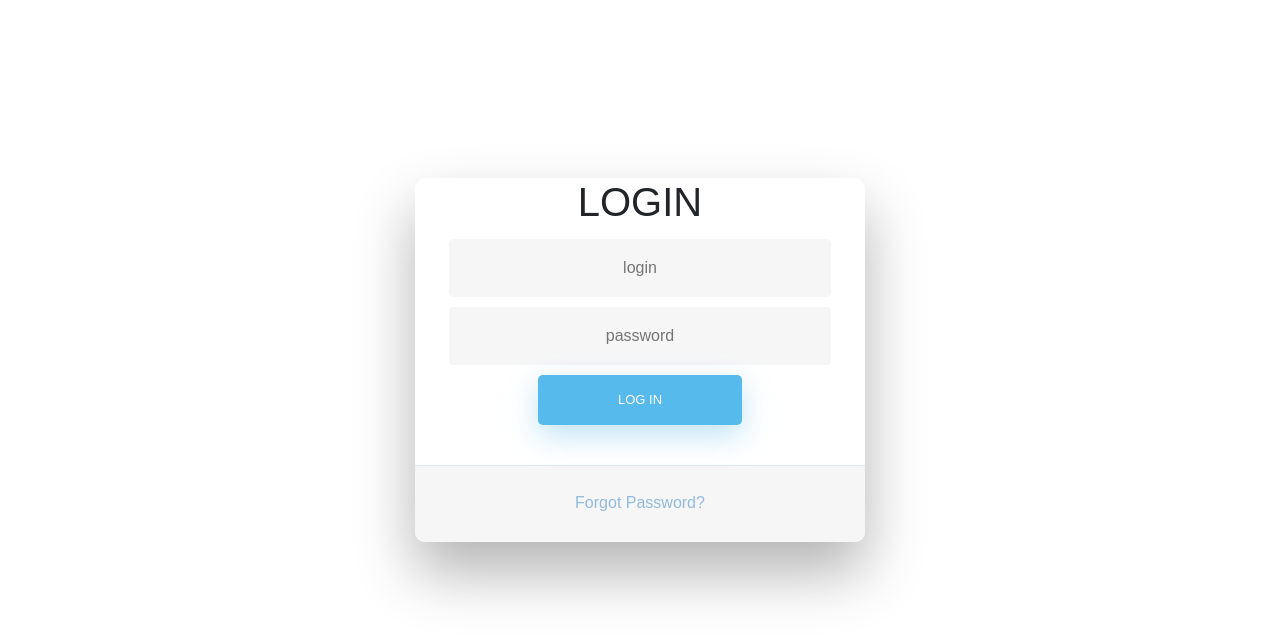
Repository: phamtailinh/webtintuc
Page: http://localhost/doicapdat/Layer.jsp
The author's editor kept a copy of each file at every save. The page is drawn from the files as they stood at one save, then again after the next save.
The browser window is 1280 px wide. The pictures show the whole page.
Some web libraries are served in a nearby version. The page is served by Tomcat 9. Other server files are loaded and not shown.

Above is the page before, as saved 2022-01-07 08:02:28.
Console error: TypeError: Cannot read properties of undefined (reading 'fn')

### doicapdat/src/main/webapp/Layer.jsp
<%@ page language="java" contentType="text/html; charset=ISO-8859-1"
    pageEncoding="ISO-8859-1"%>
<!DOCTYPE html>
<html>
<head>
<meta charset="ISO-8859-1">
<title>Insert title here</title>
<link href="//maxcdn.bootstrapcdn.com/bootstrap/4.0.0/css/bootstrap.min.css" rel="stylesheet" id="bootstrap-css">
<script src="//maxcdn.bootstrapcdn.com/bootstrap/4.0.0/js/bootstrap.min.js"></script>
<script src="//cdnjs.cloudflare.com/ajax/libs/jquery/3.2.1/jquery.min.js"></script>
<style type="text/css">
html {
  background-color: #56baed;
}

body {
  font-family: "Poppins", sans-serif;
  height: 100vh;
}

a {
  color: #92badd;
  display:inline-block;
  text-decoration: none;
  font-weight: 400;
}

h2 {
  text-align: center;
  font-size: 16px;
  font-weight: 600;
  text-transform: uppercase;
  display:inline-block;
  margin: 40px 8px 10px 8px;
  color: #cccccc;
}



/* STRUCTURE */

.wrapper {
  display: flex;
  align-items: center;
  flex-direction: column;
  justify-content: center;
  width: 100%;
  min-height: 100%;
  padding: 20px;
}

#formContent {
  -webkit-border-radius: 10px 10px 10px 10px;
  border-radius: 10px 10px 10px 10px;
  background: #fff;
  padding: 30px;
  width: 90%;
  max-width: 450px;
  position: relative;
  padding: 0px;
  -webkit-box-shadow: 0 30px 60px 0 rgba(0,0,0,0.3);
  box-shadow: 0 30px 60px 0 rgba(0,0,0,0.3);
  text-align: center;
}

#formFooter {
  background-color: #f6f6f6;
  border-top: 1px solid #dce8f1;
  padding: 25px;
  text-align: center;
  -webkit-border-radius: 0 0 10px 10px;
  border-radius: 0 0 10px 10px;
}



/* TABS */

h2.inactive {
  color: #cccccc;
}

h2.active {
  color: #0d0d0d;
  border-bottom: 2px solid #5fbae9;
}



/* FORM TYPOGRAPHY*/

input[type=button], input[type=submit], input[type=reset]  {
  background-color: #56baed;
  border: none;
  color: white;
  padding: 15px 80px;
  text-align: center;
  text-decoration: none;
  display: inline-block;
  text-transform: uppercase;
  font-size: 13px;
  -webkit-box-shadow: 0 10px 30px 0 rgba(95,186,233,0.4);
  box-shadow: 0 10px 30px 0 rgba(95,186,233,0.4);
  -webkit-border-radius: 5px 5px 5px 5px;
  border-radius: 5px 5px 5px 5px;
  margin: 5px 20px 40px 20px;
  -webkit-transition: all 0.3s ease-in-out;
  -moz-transition: all 0.3s ease-in-out;
  -ms-transition: all 0.3s ease-in-out;
  -o-transition: all 0.3s ease-in-out;
  transition: all 0.3s ease-in-out;
}

input[type=button]:hover, input[type=submit]:hover, input[type=reset]:hover  {
  background-color: #39ace7;
}

input[type=button]:active, input[type=submit]:active, input[type=reset]:active  {
  -moz-transform: scale(0.95);
  -webkit-transform: scale(0.95);
  -o-transform: scale(0.95);
  -ms-transform: scale(0.95);
  transform: scale(0.95);
}

input[type=text] {
  background-color: #f6f6f6;
  border: none;
  color: #0d0d0d;
  padding: 15px 32px;
  text-align: center;
  text-decoration: none;
  display: inline-block;
  font-size: 16px;
  margin: 5px;
  width: 85%;
  border: 2px solid #f6f6f6;
  -webkit-transition: all 0.5s ease-in-out;
  -moz-transition: all 0.5s ease-in-out;
  -ms-transition: all 0.5s ease-in-out;
  -o-transition: all 0.5s ease-in-out;
  transition: all 0.5s ease-in-out;
  -webkit-border-radius: 5px 5px 5px 5px;
  border-radius: 5px 5px 5px 5px;
}

input[type=text]:focus {
  background-color: #fff;
  border-bottom: 2px solid #5fbae9;
}

input[type=text]:placeholder {
  color: #cccccc;
}



/* ANIMATIONS */

/* Simple CSS3 Fade-in-down Animation */
.fadeInDown {
  -webkit-animation-name: fadeInDown;
  animation-name: fadeInDown;
  -webkit-animation-duration: 1s;
  animation-duration: 1s;
  -webkit-animation-fill-mode: both;
  animation-fill-mode: both;
}

@-webkit-keyframes fadeInDown {
  0% {
    opacity: 0;
    -webkit-transform: translate3d(0, -100%, 0);
    transform: translate3d(0, -100%, 0);
  }
  100% {
    opacity: 1;
    -webkit-transform: none;
    transform: none;
  }
}

@keyframes fadeInDown {
  0% {
    opacity: 0;
    -webkit-transform: translate3d(0, -100%, 0);
    transform: translate3d(0, -100%, 0);
  }
  100% {
    opacity: 1;
    -webkit-transform: none;
    transform: none;
  }
}

/* Simple CSS3 Fade-in Animation */
@-webkit-keyframes fadeIn { from { opacity:0; } to { opacity:1; } }
@-moz-keyframes fadeIn { from { opacity:0; } to { opacity:1; } }
@keyframes fadeIn { from { opacity:0; } to { opacity:1; } }

.fadeIn {
  opacity:0;
  -webkit-animation:fadeIn ease-in 1;
  -moz-animation:fadeIn ease-in 1;
  animation:fadeIn ease-in 1;

  -webkit-animation-fill-mode:forwards;
  -moz-animation-fill-mode:forwards;
  animation-fill-mode:forwards;

  -webkit-animation-duration:1s;
  -moz-animation-duration:1s;
  animation-duration:1s;
}

.fadeIn.first {
  -webkit-animation-delay: 0.4s;
  -moz-animation-delay: 0.4s;
  animation-delay: 0.4s;
}

.fadeIn.second {
  -webkit-animation-delay: 0.6s;
  -moz-animation-delay: 0.6s;
  animation-delay: 0.6s;
}

.fadeIn.third {
  -webkit-animation-delay: 0.8s;
  -moz-animation-delay: 0.8s;
  animation-delay: 0.8s;
}

.fadeIn.fourth {
  -webkit-animation-delay: 1s;
  -moz-animation-delay: 1s;
  animation-delay: 1s;
}

/* Simple CSS3 Fade-in Animation */
.underlineHover:after {
  display: block;
  left: 0;
  bottom: -10px;
  width: 0;
  height: 2px;
  background-color: #56baed;
  content: "";
  transition: width 0.2s;
}

.underlineHover:hover {
  color: #0d0d0d;
}

.underlineHover:hover:after{
  width: 100%;
}



/* OTHERS */

*:focus {
    outline: none;
}

#icon {
  width:60%;
}
</style>
</head>
<body>
<div class="wrapper fadeInDown">
  <div id="formContent">
    <!-- Tabs Titles -->

    <!-- Icon -->
    <div class="fadeIn first">
      <h1>LOGIN</h1>
    </div>

    <!-- Login Form -->
    <form>
      <input type="text" id="login" class="fadeIn second" name="login" placeholder="login">
      <input type="text" id="password" class="fadeIn third" name="login" placeholder="password">
      <input type="submit" class="fadeIn fourth" value="Log In">
    </form>

    <!-- Remind Passowrd -->
    <div id="formFooter">
      <a class="underlineHover" href="#">Forgot Password?</a>
    </div>

  </div>
</div>
</body>
</html>

After the next save:
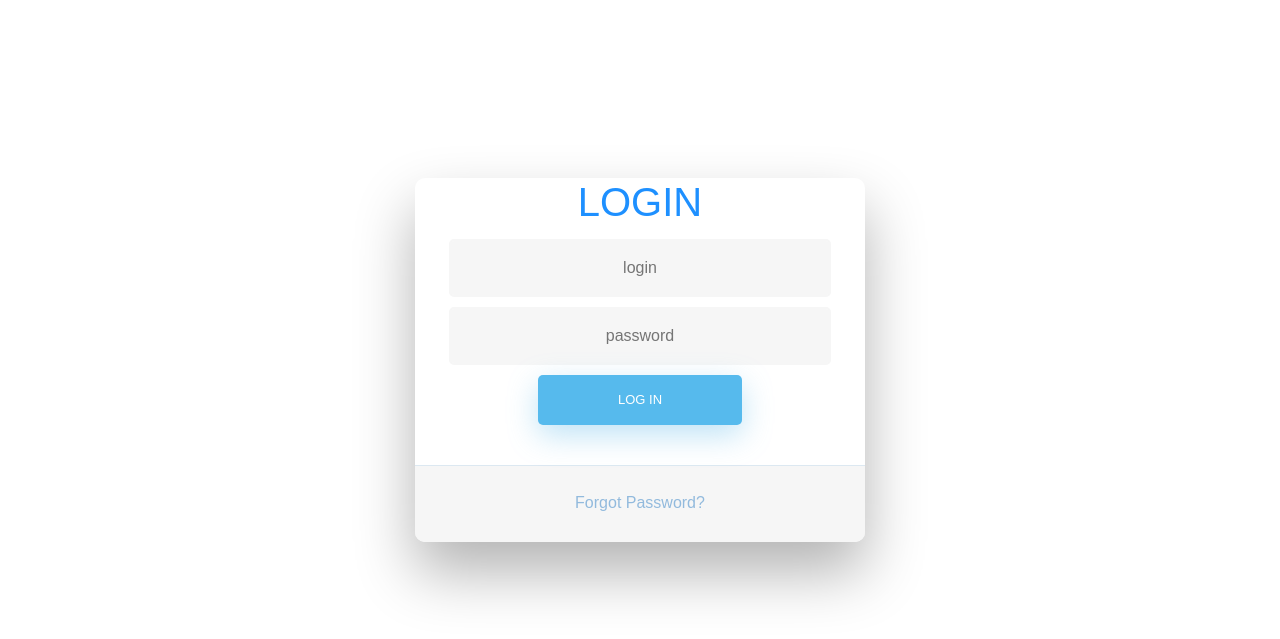
Saved 4 min 4 s later.
--- a/doicapdat/src/main/webapp/Layer.jsp
+++ b/doicapdat/src/main/webapp/Layer.jsp
@@ -217,6 +217,7 @@ input[type=text]:placeholder {
   -webkit-animation-delay: 0.4s;
   -moz-animation-delay: 0.4s;
   animation-delay: 0.4s;
+  color:#1E90FF;
 }
 
 .fadeIn.second {
